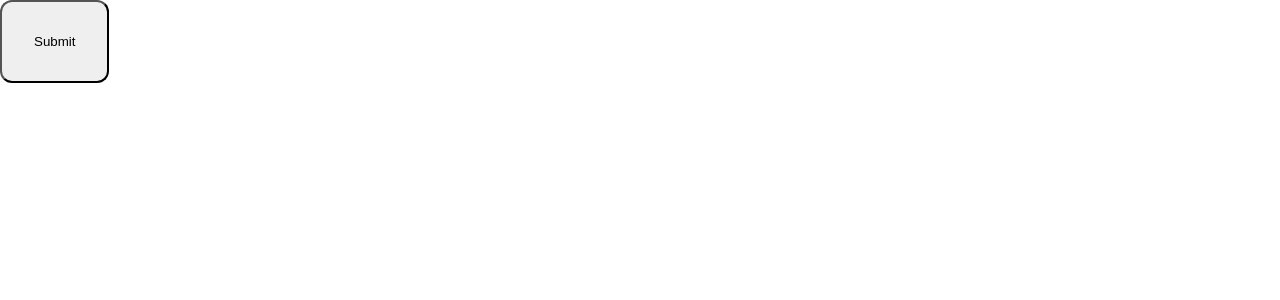
Repository: cakuang1/kanyequotes
Page: /
These files come from the project's save history. The page is drawn as it stood at one moment and after the next save; the edit follows.
The browser window is 1280 px wide. The pictures show the whole page.
The page's requests for data from a server got no answer. The project was rebuilt for these pictures with package versions that can differ from the ones it lists, and the page was loaded fresh each time. No one was signed in, and anything a server would have sent is missing.

Above is the page before, as saved 2022-07-17 19:40:02.

After the next save:
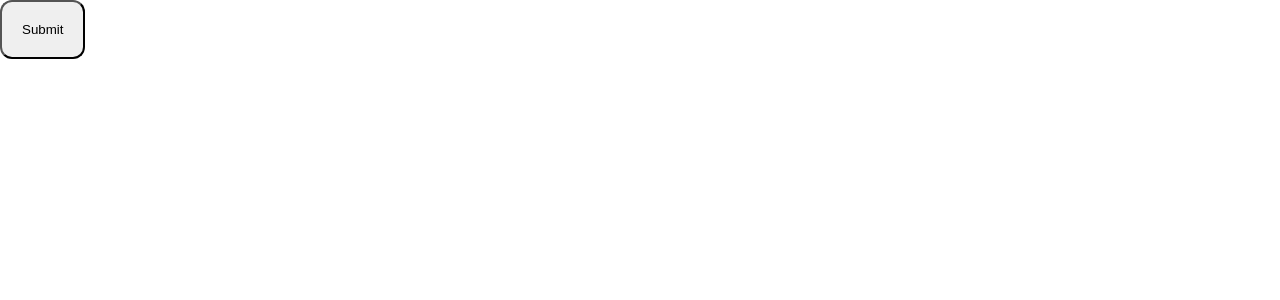
Saved 8 s later.
--- a/src/index.css
+++ b/src/index.css
@@ -15,7 +15,7 @@
 
 button {
     border-radius: 12px;
-    padding: 32px;
+    padding: 20px;
 
 
 
